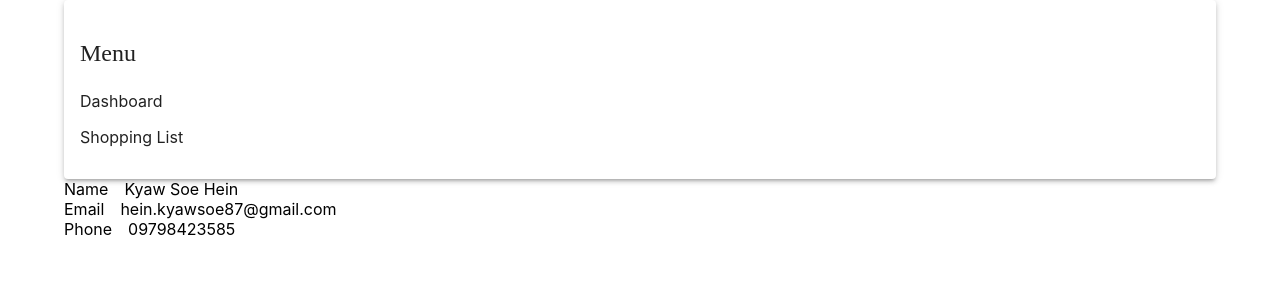
Repository: KyawSoeHein/GoogleAuthReact
Page: /
An editor plug-in stored every save of this project. The page is shown before and after the next save, followed by the edit.
The browser window is 1280 px wide. The pictures show the whole page.
The project was rebuilt for these pictures with package versions that can differ from the ones it lists, and the page was loaded fresh each time.

Above is the page before, as saved 2022-02-14 18:48:05.

### src/index.tsx
import React from "react";
import ReactDOM from "react-dom";
import "./index.css";
import App from "./App";
import Dashboard from "./View/Dashboard";
import reportWebVitals from "./reportWebVitals";

ReactDOM.render(
  <React.StrictMode>
    <Dashboard />
  </React.StrictMode>,
  document.getElementById("root")
);

// If you want to start measuring performance in your app, pass a function
// to log results (for example: reportWebVitals(console.log))
// or send to an analytics endpoint. Learn more: https://bit.ly/CRA-vitals
reportWebVitals();

### src/View/Dashboard.tsx
import React from "react";
import { Container, Grid, Stack } from "@mui/material";
import MenuSelection from "../Components/MenuSelection";

const Dashboard = () => {
  return (
    <Grid>
      <Container>
        <MenuSelection />

        <Stack direction={"row"} spacing={2}>
          <div>Name</div>
          <div>Kyaw Soe Hein</div>
        </Stack>

        <Stack direction={"row"} spacing={2}>
          <div>Email</div>
          <div>hein.kyawsoe87@gmail.com</div>
        </Stack>

        <Stack direction={"row"} spacing={2}>
          <div>Phone</div>
          <div>09798423585</div>
        </Stack>
      </Container>
    </Grid>
  );
};

export default Dashboard;

### src/Components/MenuSelection.tsx
import React from "react";
import { Container, Grid, Paper, Stack } from "@mui/material";
import "../App.css";

const MenuSelection = () => {
  return (
    <Paper elevation={3} style={{ padding: 16 }}>
      <p className="menuSelectionTitle">Menu</p>

      <p>Dashboard</p>
      <p>Shopping List</p>
    </Paper>
  );
};

export default MenuSelection;

### src/App.css
.App {
  text-align: center;
}

.App-logo {
  height: 40vmin;
  pointer-events: none;
}

@media (prefers-reduced-motion: no-preference) {
  .App-logo {
    animation: App-logo-spin infinite 20s linear;
  }
}

.App-header {
  background-color: #282c34;
  min-height: 100vh;
  display: flex;
  flex-direction: column;
  align-items: center;
  justify-content: center;
  font-size: calc(10px + 2vmin);
  color: white;
}

.App-link {
  color: #61dafb;
}

@keyframes App-logo-spin {
  from {
    transform: rotate(0deg);
  }
  to {
    transform: rotate(360deg);
  }
}

.menuSelectionTitle {
  font-size: 24px;
  font-family: serif;
}

Loaded but not shown: public/index.html (common file); src/index.css (common file); src/reportWebVitals.ts (common file)

After the next save:
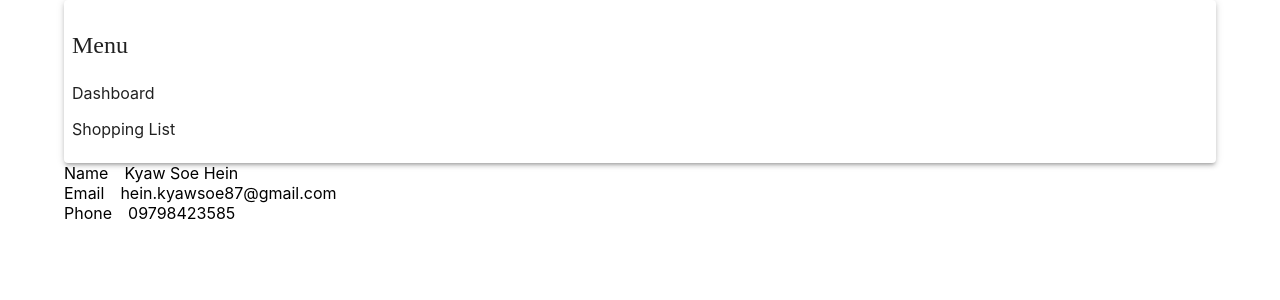
Saved 6 s later.
--- a/src/Components/MenuSelection.tsx
+++ b/src/Components/MenuSelection.tsx
@@ -4,7 +4,7 @@ import "../App.css";
 
 const MenuSelection = () => {
   return (
-    <Paper elevation={3} style={{ padding: 16 }}>
+    <Paper elevation={3} style={{ padding: 8 }}>
       <p className="menuSelectionTitle">Menu</p>
 
       <p>Dashboard</p>
